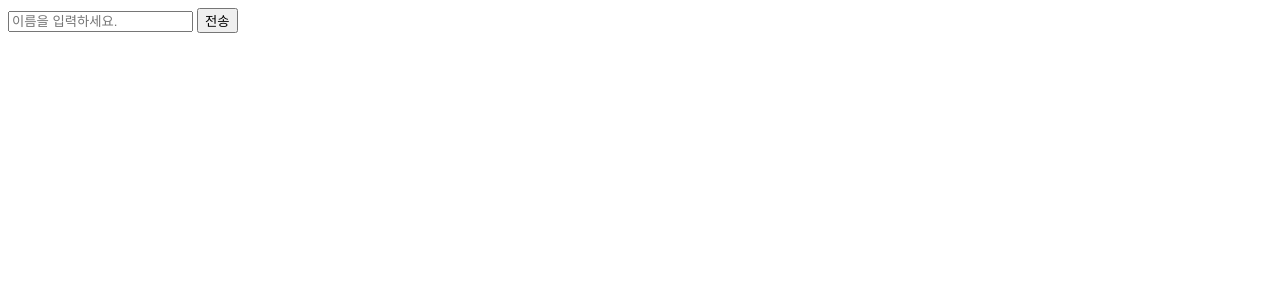
Repository: kys3189/jsp
Page: http://localhost/servlet/intro.jsp
These files come from the project's save history. The page is drawn as it stood at one moment and after the next save; the edit follows.
The browser window is 1280 px wide. The pictures show the whole page.
The page is served by Tomcat 9. Other server files are loaded and not shown.

Above is the page before, as saved 2025-03-05 01:42:38.

### servlet/src/main/webapp/intro.jsp
<%@ page language="java" contentType="text/html; charset=UTF-8"
    pageEncoding="UTF-8"%>
<!DOCTYPE html>
<html>
<head>
<meta charset="UTF-8">
<title>Insert title here</title>
</head>
<body>
	<%--
		for(int i = 0; i < 10; i++){
	%>
	<h1>안녕하세요^-^<h1>
	<%
		}
	--%>

	<!--
		이름과 나이를 입력 받아서
		나이와 만 나이를 서블리에서 계산 후 화면에 응답해주는 페이지 제작
		*이름과, 나이는 모두 유효성 검사 필수
	 -->

	<form method="post" action="home">
		<input name= 'name' placeholder="이름을 입력하세요." />
		<button>전송</button>
	</form>

</body>
</html>

After the next save:
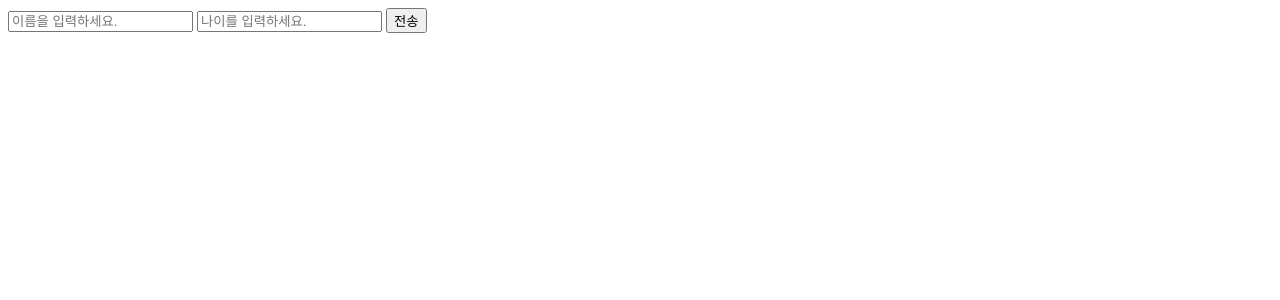
Saved 4 min 36 s later.
--- a/servlet/src/main/webapp/intro.jsp
+++ b/servlet/src/main/webapp/intro.jsp
@@ -23,8 +23,12 @@
 
 	<form method="post" action="home">
 		<input name= 'name' placeholder="이름을 입력하세요." />
+		<input name= 'age' placeholder="나이를 입력하세요.">
 		<button>전송</button>
 	</form>
 
 </body>
+<script type="text/javascript">
+
+</script>
 </html>
